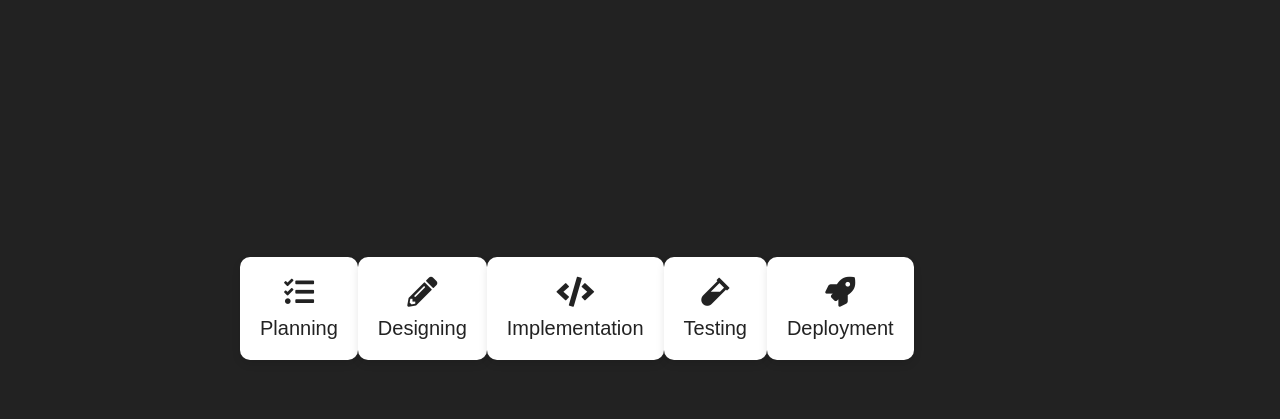
Repository: itsquadian/IT-SQUADIAN
Page: try.html
An editor plug-in stored every save of this project. The page is shown before and after the next save, followed by the edit.
The browser window is 1280 px wide. The pictures show the whole page.

Above is the page before, as saved 2024-04-13 20:18:17.

After the next save:
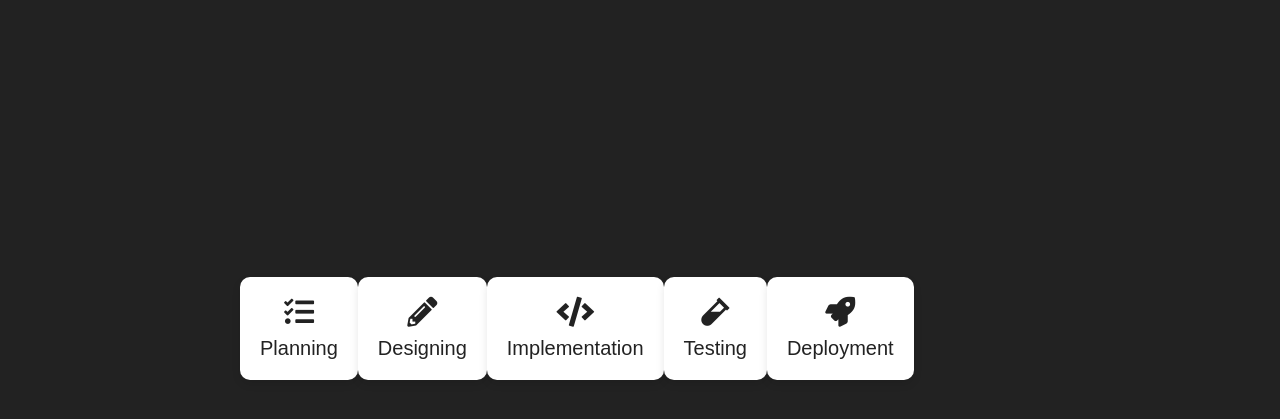
Saved 64 s later.
--- a/try.html
+++ b/try.html
@@ -55,7 +55,6 @@
         position: relative;
         background-color: #fff; /* Set text color to white */
         color:#222;
-        margin-bottom: 20px; /* Adjust the vertical spacing */
         transition: all 0.5s ease; /* Add smooth transition */
     }
 
@@ -65,9 +64,14 @@
     }
 
     @keyframes appear {
-        0% { opacity: 0; transform: translateY(-50px); } /* Initial position above */
-        100% { opacity: 1; transform: translateY(0); } /* Final position */
+        0% { opacity: 0; transform: translate(-50px, -50px); } /* Initial position above and to the left */
+        100% { opacity: 1; transform: translate(0, 0); } /* Final position */
     }
+
+    .step:nth-child(2) { transform: translate(20px, 20px); }
+    .step:nth-child(3) { transform: translate(40px, 40px); }
+    .step:nth-child(4) { transform: translate(60px, 60px); }
+    .step:nth-child(5) { transform: translate(80px, 80px); }
 </style>
 </head>
 <body>
